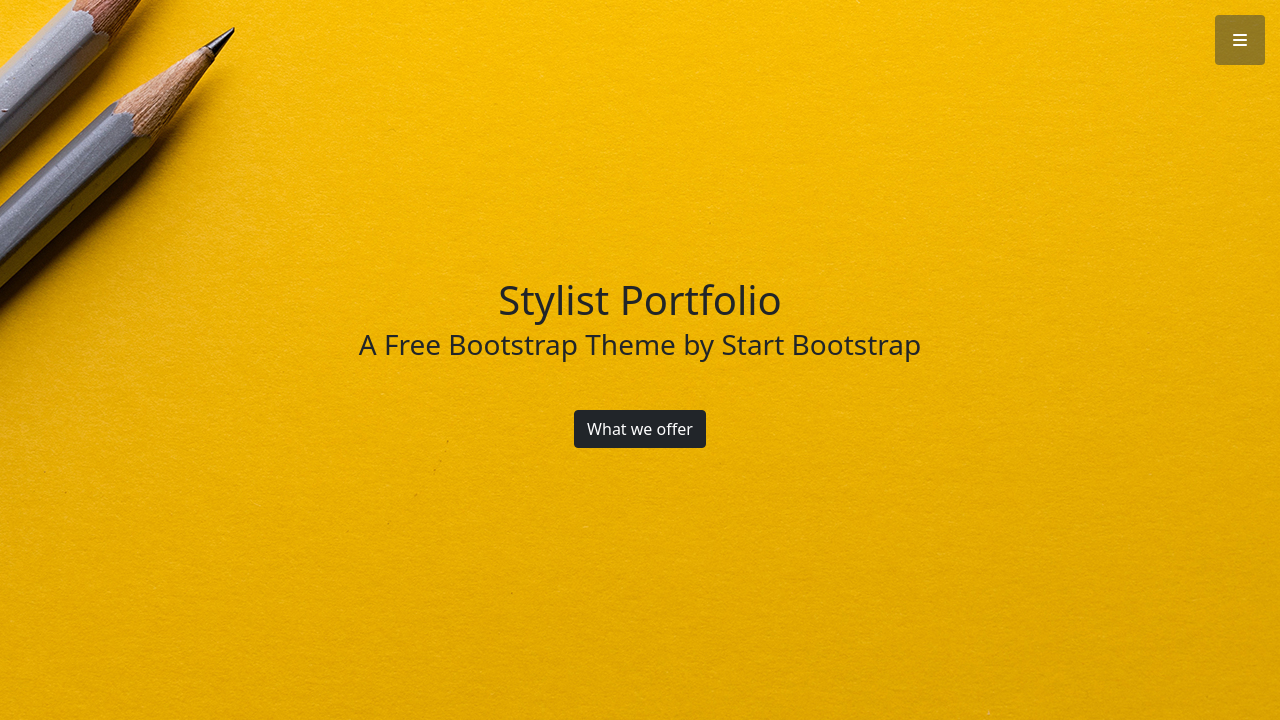
Repository: hoangpino/VE_FE_FrameWork_005
Page: lab06/index.html
These files come from the project's save history. The page is drawn as it stood at one moment and after the next save; the edit follows.
The browser window is 1280 px wide. The pictures show the whole page.

Above is the page before, as saved 2021-10-02 19:54:18.

### lab06/index.html
<!DOCTYPE html>
<html lang="en">

<head>
    <meta charset="UTF-8">
    <meta http-equiv="X-UA-Compatible" content="IE=edge">
    <meta name="viewport" content="width=device-width, initial-scale=1.0">
    <title>Portfolio</title>
    <link rel="stylesheet" href="./css/style.css" type="text/css" />
    <link rel="icon" href="./img/schools.png" />
    <link href="https://cdn.jsdelivr.net/npm/bootstrap@5.1.1/dist/css/bootstrap.min.css"
        rel="stylesheet"
        integrity="sha384-F3w7mX95PdgyTmZZMECAngseQB83DfGTowi0iMjiWaeVhAn4FJkqJByhZMI3AhiU"
        crossorigin="anonymous" />
    <link rel="stylesheet"
        href="https://cdnjs.cloudflare.com/ajax/libs/font-awesome/6.0.0-beta2/css/all.min.css" />
    <link rel="preconnect" href="https://fonts.googleapis.com">
    <link rel="preconnect" href="https://fonts.gstatic.com" crossorigin>
    <link
        href="https://fonts.googleapis.com/css2?family=Source+Sans+Pro:ital,wght@1,700&display=swap"
        rel="stylesheet" />
</head>

<body>
    <a href="" class="menu-toggle rounded" hef="#" data-bs-toggle="offcanvas"
        data-bs-target="#offcanvas-right" aria-controls="offcanvas-right">
        <i class="fas fa-bars"></i>
    </a>
    <div class="offcanvas offcanvas-end" tabindex="-1" aria-labelledby="offcanvas-right-lable"
        id="offcanvas-right">
        <div class="offcanvas-header">
            <h5 id="offcanvas-right-label">Start Bootstrap</h5>
            <button type="button" class="btn-close btn-close-white text-reset"
                data-bs-dismiss="offcanvas" aria-label="Close"></button>
        </div>
        <div class="offcanvas-body">
            <ul class="sidebar-nav">
                <li class="sidebar-nav-item"><a href="#">Home</a></li>
                <li class="sidebar-nav-item"><a href="#">About</a></li>
                <li class="sidebar-nav-item"><a href="#">Services</a></li>
                <li class="sidebar-nav-item"><a href="#">Portfolio</a></li>
                <li class="sidebar-nav-item"><a href="#">Contacts</a></li>
            </ul>
        </div>
    </div>

    <!-- Header -->
    <header class="d-flex align-items-center" id="about">
        <div class="container text-center">
            <h1 class="m-1">Stylist Portfolio</h1>
            <h3 class="mb-5">A Free Bootstrap Theme by Start Bootstrap </h3>
            <a href="" class="btn btn-dark btn-xl">What we offer</a>
        </div>
    </header>
    <script src="https://cdn.jsdelivr.net/npm/bootstrap@5.1.1/dist/js/bootstrap.bundle.min.js"
        integrity="sha384-/bQdsTh/da6pkI1MST/rWKFNjaCP5gBSY4sEBT38Q/9RBh9AH40zEOg7Hlq2THRZ"
        crossorigin="anonymous"></script>
</body>

</html>

### lab06/css/style.css
body {
    font-family: 'Source Sans Pro', sans-serif;
}

* {
    margin: 0;
    padding: 0;
}
.menu-toggle {
    position: fixed;
    width: 50px;
    height: 50px;
    color: #fff;
    background-color: rgba(52,58,64,0.5);
    text-align: center;
    line-height: 50px;
    right: 15px;
    top: 15px;
}

.menu-toggle:hover {
    background-color: #343a40;
    color: #FFF;
}

.offcanvas {
    background-color: #1d809f !important;
    color: #fff;
    width: 250px;

}

.offcanvas ul {
    list-style: none;
    margin : 0;
    padding: 0;
}

.offcanvas a {
    color: #fff;
    display: block;
    padding: 15px;
    text-decoration: none;

}

.offcanvas a:hover {
    background-color: rgba(52, 58, 64, 0.2);
    color: #fff;
}

.offcanvas-body {
    padding: 0 !important;
    margin: 0;

}

.offcanvas-header {
    background-color: rgba(52, 58, 64, 0.1);
}

header {
    background: url(../img/img/bg-masthead.jpg);
    background-repeat: none;
    background-position: center center;
    min-height: 100vh;
}

h2 {
    font-weight: 700;
}

After the next save:
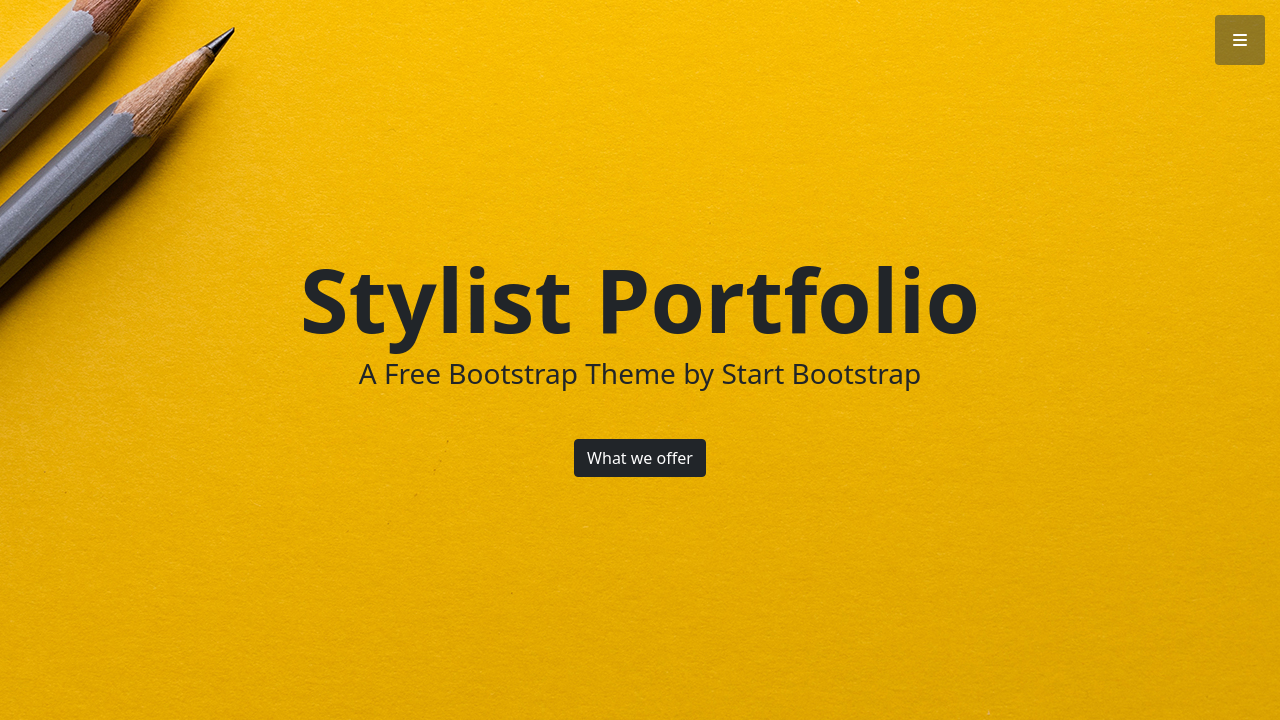
Saved 71 s later.
--- a/lab06/css/style.css
+++ b/lab06/css/style.css
@@ -66,6 +66,7 @@
     min-height: 100vh;
 }
 
-h2 {
-    font-weight: 700;
+header h1 {
+    font-weight: 700 !important;
+    font-size: 5.5rem !important;
 }
